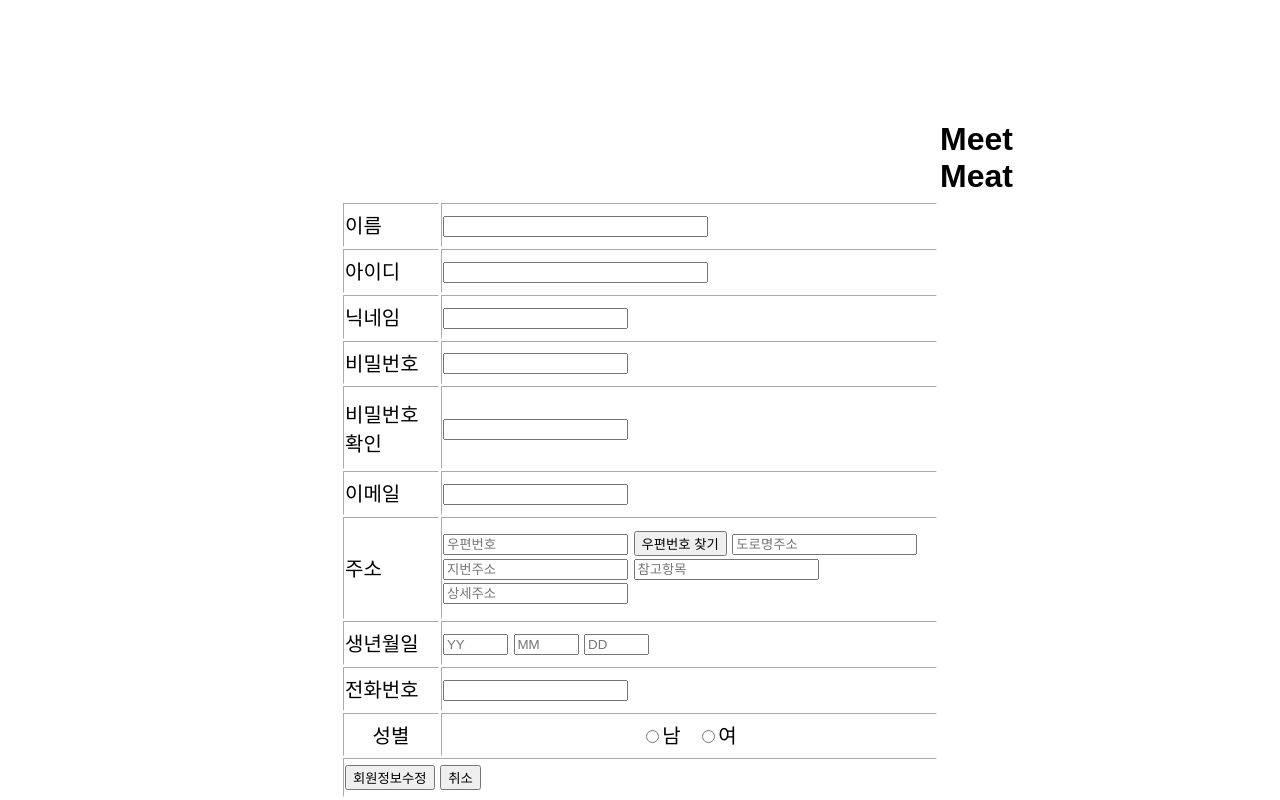
Repository: KOOBONMOO/koo
Page: http://localhost/portfolio/Member/memberModify.jsp
An editor plug-in stored every save of this project. The page is shown before and after the next save, followed by the edit.
The browser window is 1280 px wide. The pictures show the whole page.
Some web fonts or font styles are not loaded; a fallback is used. The page is served by Tomcat 9.

Above is the page before, as saved 2020-11-17 05:55:50.

After the next save:
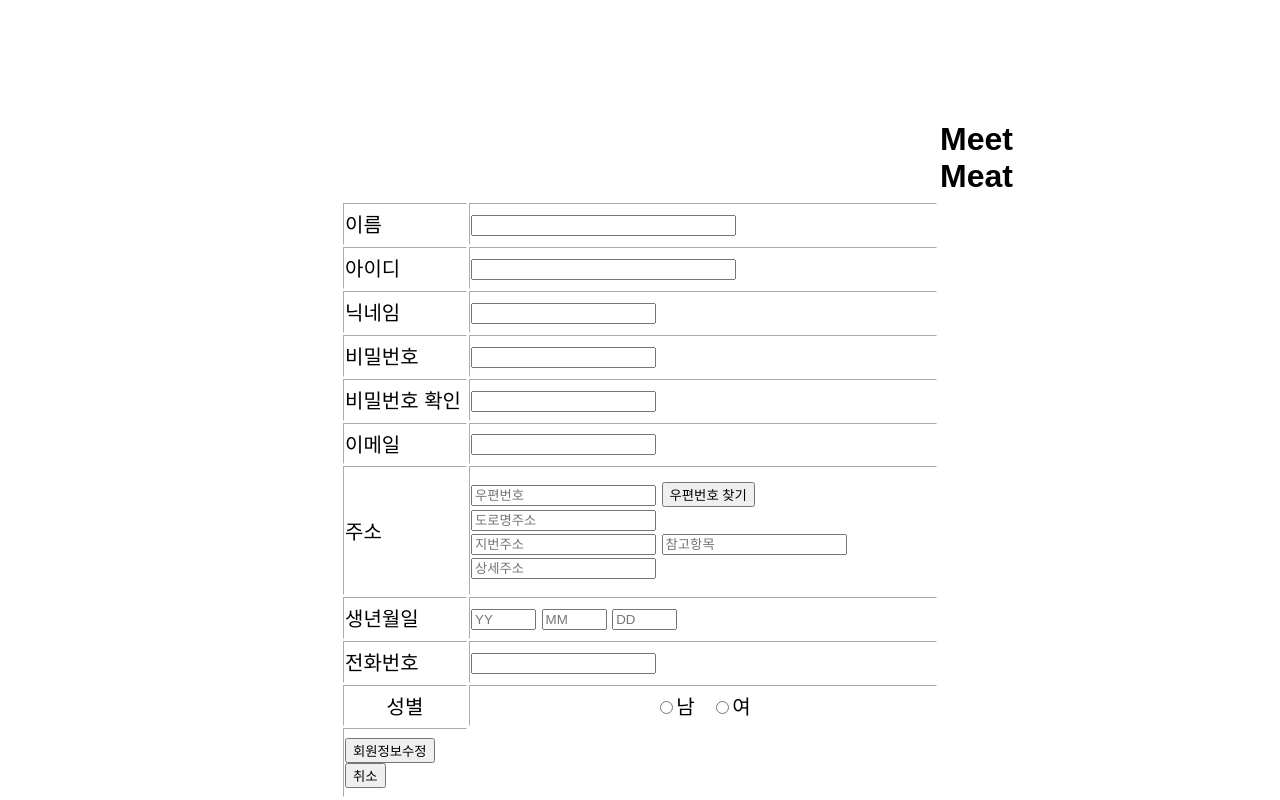
Saved 23 s later.
--- a/portfolio/WebContent/Member/memberModify.jsp
+++ b/portfolio/WebContent/Member/memberModify.jsp
@@ -80,7 +80,7 @@
 			</td>
 		</tr>
 		<tr>
-			<td colspan="2">
+			<td>
 				<input type="submit" value="회원정보수정"> <input type="reset" value="취소">
 			</td>
 		</tr>
